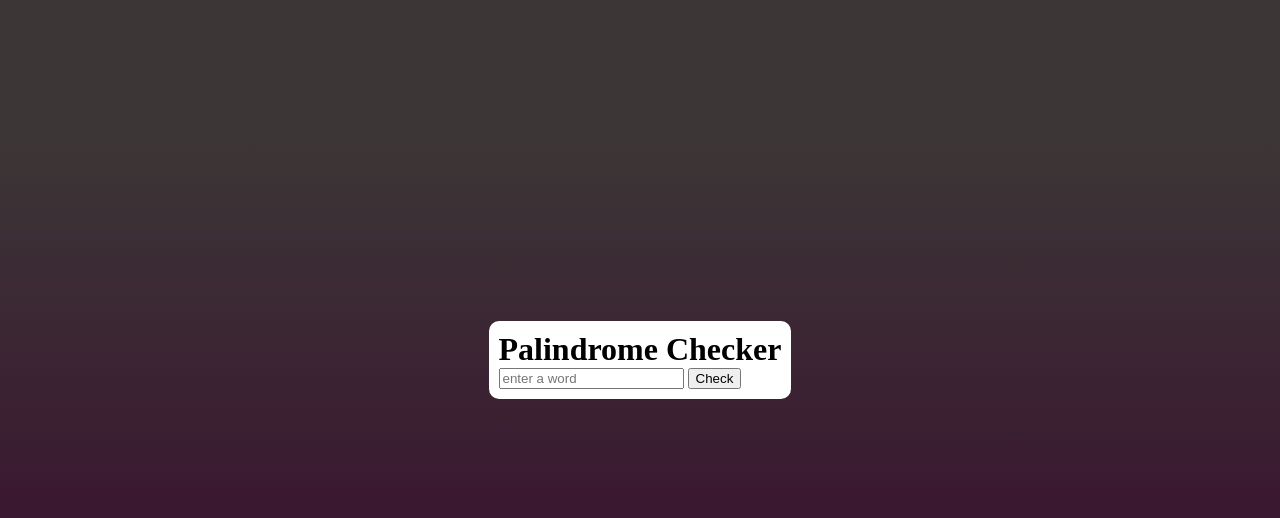
Repository: albinsabu2023/palindromeChecker
Page: index.html
The author's editor kept a copy of each file at every save. The page is drawn from the files as they stood at one save, then again after the next save.
The browser window is 1280 px wide. The pictures show the whole page.

Above is the page before, as saved 2023-09-12 01:16:54.

After the next save:
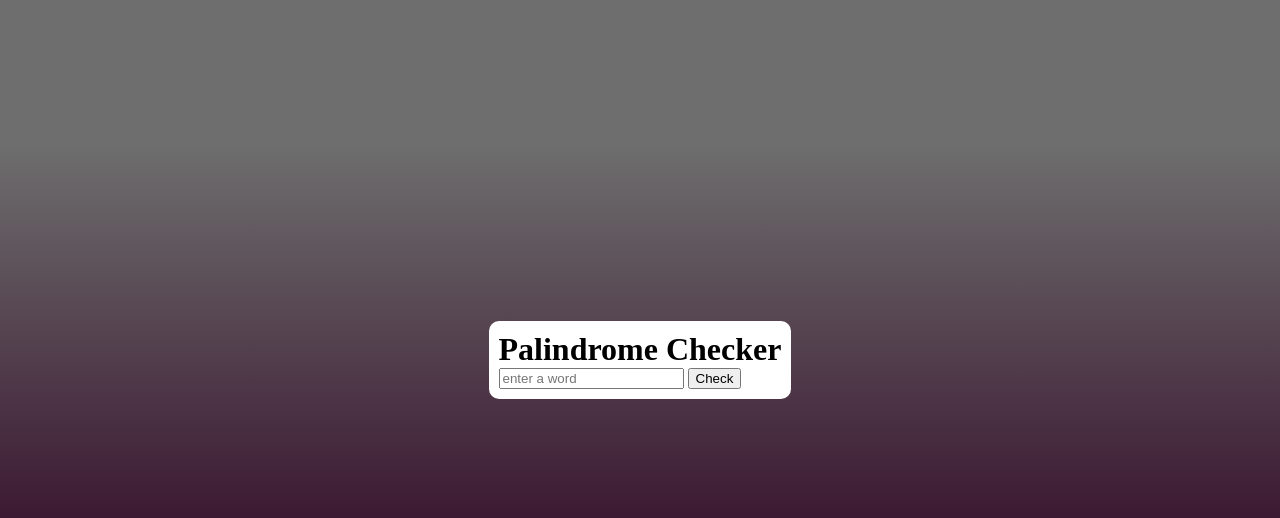
Saved 5 s later.
--- a/style.css
+++ b/style.css
@@ -7,7 +7,7 @@
     align-items: center;
     justify-content: center;
     height: 100vh;
-    background:linear-gradient(rgb(60, 54, 54) 20%, rgb(58, 22, 48) 74%) ;
+    background:linear-gradient(rgb(110, 110, 110) 20%, rgb(58, 22, 48) 74%) ;
 }
 .container{
     padding: 10px;
